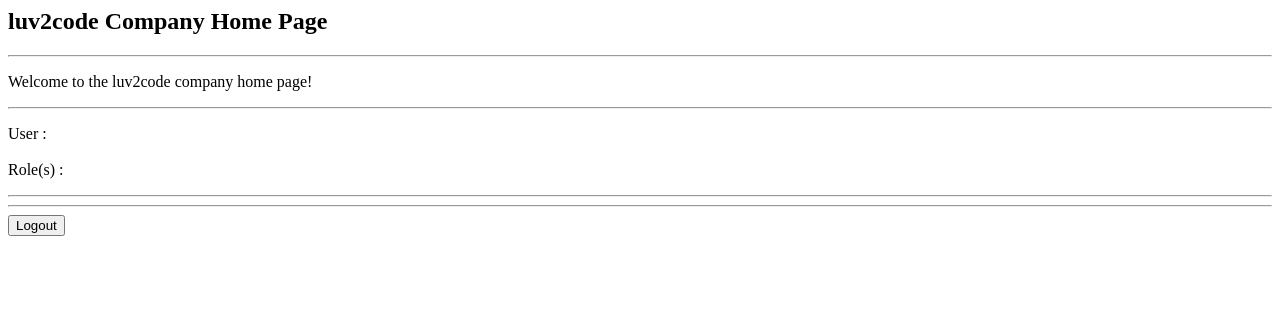
Repository: RKSAHOO4414/spring_basic
Page: http://localhost/spring-security-demo-07-user-roles/WEB-INF/view/home.jsp
An editor plug-in stored every save of this project. The page is shown before and after the next save, followed by the edit.
The browser window is 1280 px wide. The pictures show the whole page.
The page is served by Tomcat 9. Nobody is signed in. The template is opened directly, without the code that normally fills it, so the values that code supplies are empty.

Above is the page before, as saved 2022-07-22 10:37:13.

After the next save:
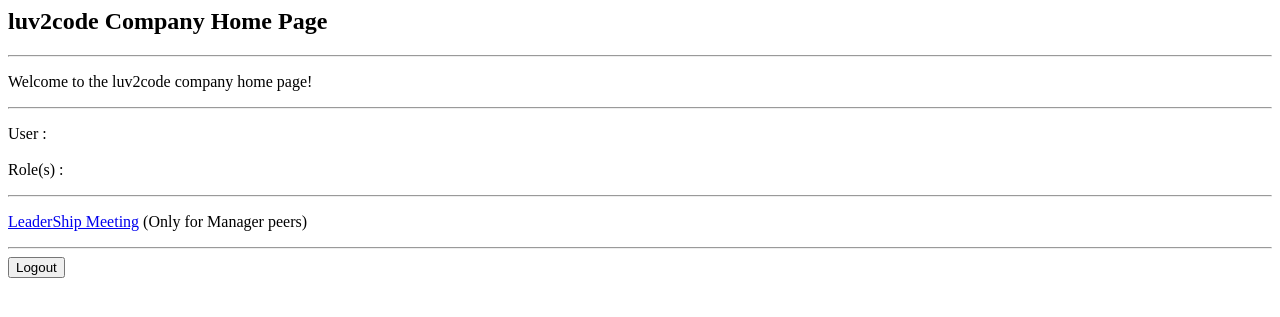
Saved 2 min 52 s later.
--- a/spring-security-demo-07-user-roles/src/main/webapp/WEB-INF/view/home.jsp
+++ b/spring-security-demo-07-user-roles/src/main/webapp/WEB-INF/view/home.jsp
@@ -25,8 +25,10 @@
 	</p>
 	<hr>
 		<!-- Add a link to point to /leaders ... this is for the managers -->
-
-
+	<p>
+		<a href="${pageContext.request.contextPath}">LeaderShip Meeting</a>
+		(Only for Manager peers)
+	</p>
 
 	<hr>
 	<!-- Add Logout button -->
